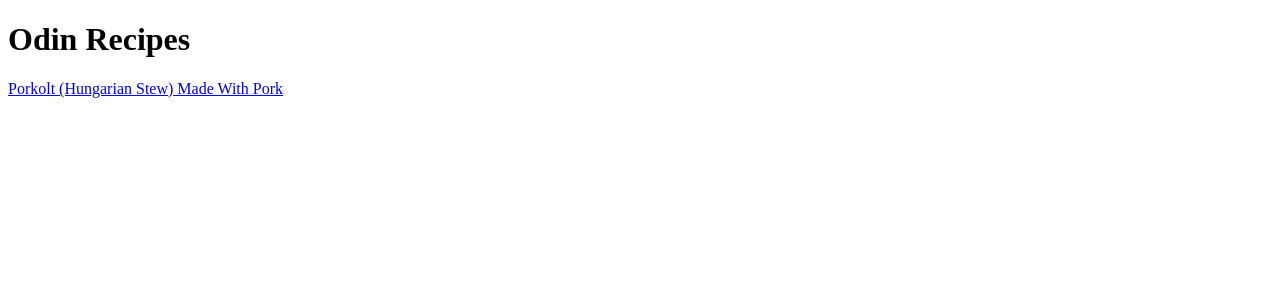
Repository: ShaneLau2/odin-recipes
Page: index.html
An editor plug-in stored every save of this project. The page is shown before and after a run of saves, followed by the edit.
The browser window is 1280 px wide. The pictures show the whole page.

Above is the page before, as saved 2024-02-23 17:39:44.

### index.html
<!DOCTYPE html>
<html lang="en">

<head>
    <meta charset="UTF-8">
    <meta name="viewport" content="width=device-width, initial-scale=1.0">
    <title>Odin Recipes</title>
</head>

<body>
    <h1>Odin Recipes</h1>
    <a href="recipes/Porkolt (Hungarian Stew) Made With Pork.html">Porkolt (Hungarian Stew) Made With Pork</a>
</body>

</html>

After the next 6 saves:
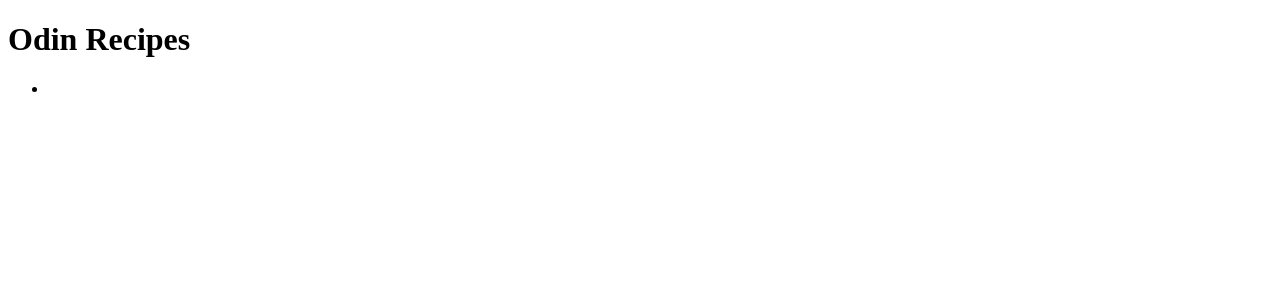
The 6 saves are shown as one change because they came seconds apart.
The last was saved 77 s later.
--- a/index.html
+++ b/index.html
@@ -9,7 +9,9 @@
 
 <body>
     <h1>Odin Recipes</h1>
-    <a href="recipes/Porkolt (Hungarian Stew) Made With Pork.html">Porkolt (Hungarian Stew) Made With Pork</a>
+    <ul>
+        <li></li>
+    </ul>
 </body>
 
 </html>
